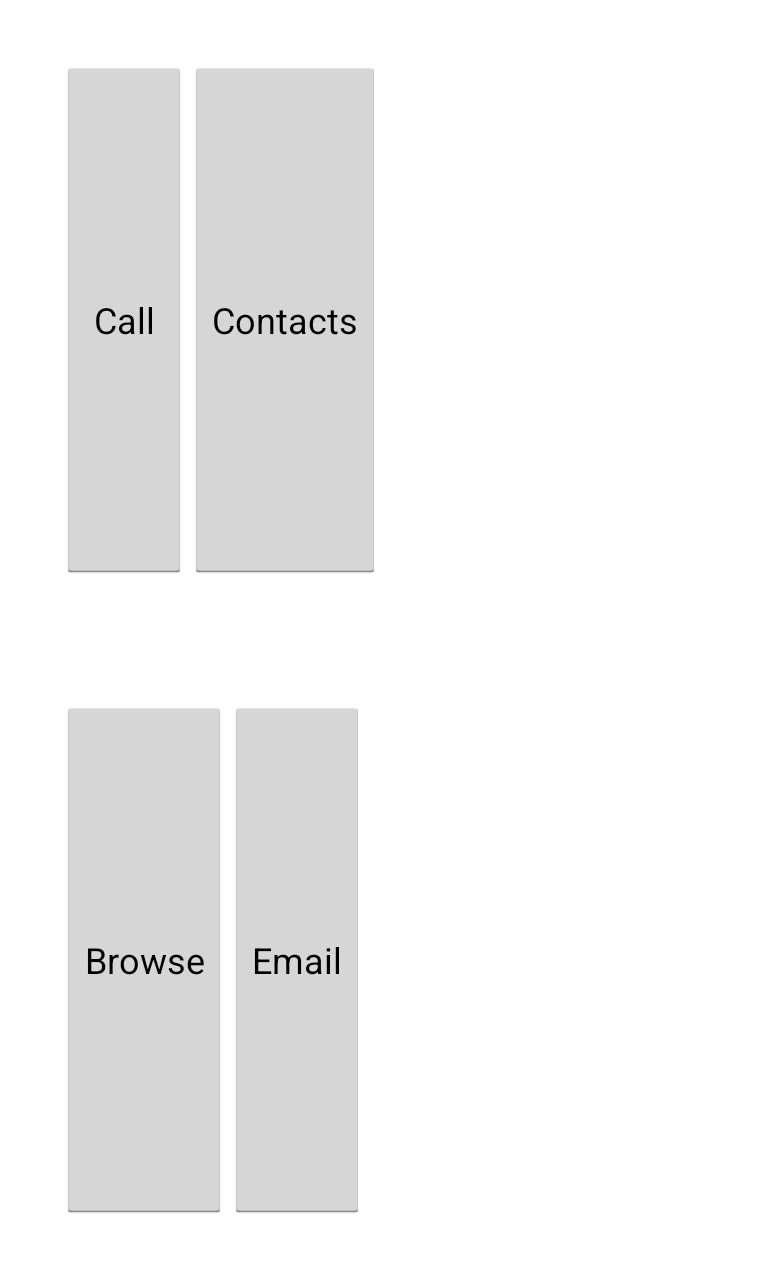
Repository: AnithaGorli/Android
Layout: ImplicitIntentApplication/res/layout/implicitintent.xml
These files come from the project's save history. The layout is drawn as it stood at one moment and after the next save; the edit follows.
It is drawn on a 768 x 1280 px phone screen (xhdpi) without system bars, with theme AppTheme; the app's code is not run.

Above is the layout before, as saved 2014-09-10 10:09:47.

After the next save:
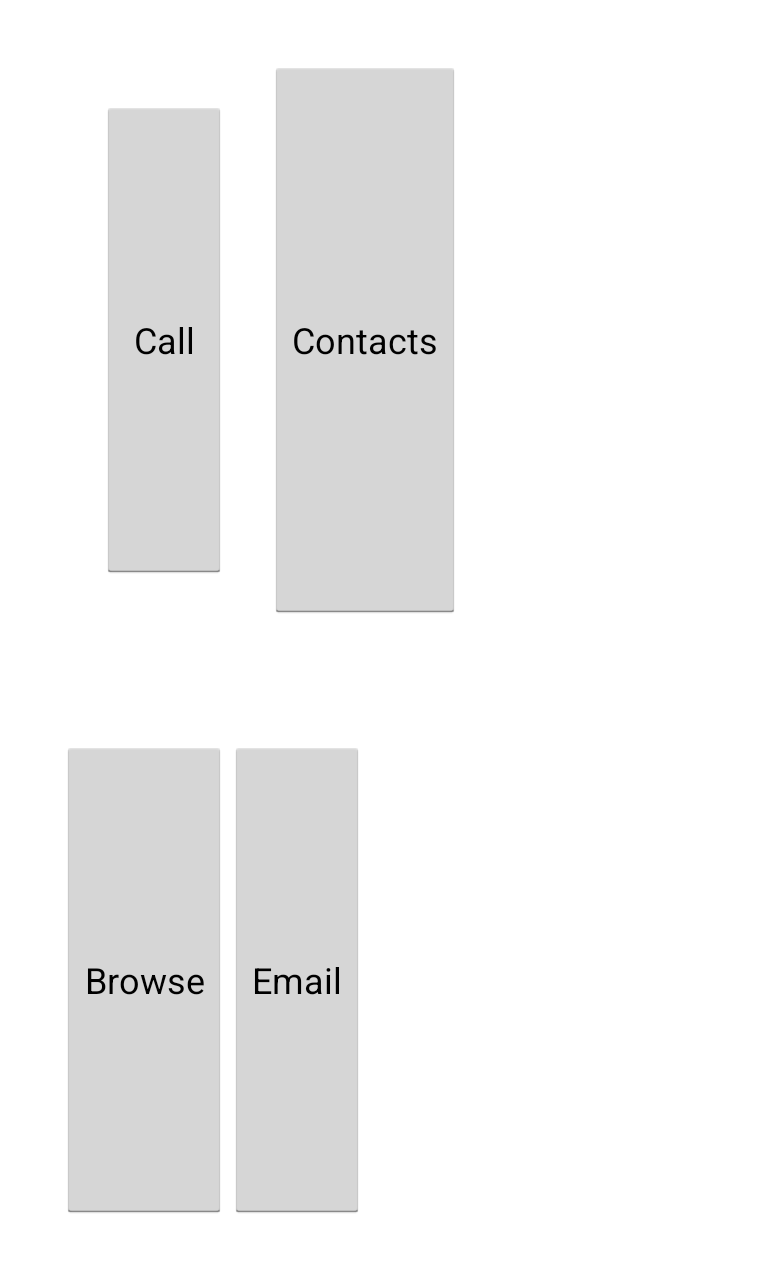
Saved 22 s later.
--- a/ImplicitIntentApplication/res/layout/implicitintent.xml
+++ b/ImplicitIntentApplication/res/layout/implicitintent.xml
@@ -18,7 +18,8 @@
          android:id="@+id/call_btn"
           android:layout_width="wrap_content"
         android:layout_height="match_parent"
-        android:text="@string/call"/>
+        android:text="@string/call"
+        android:layout_margin="20dp"/>
 
 
 
